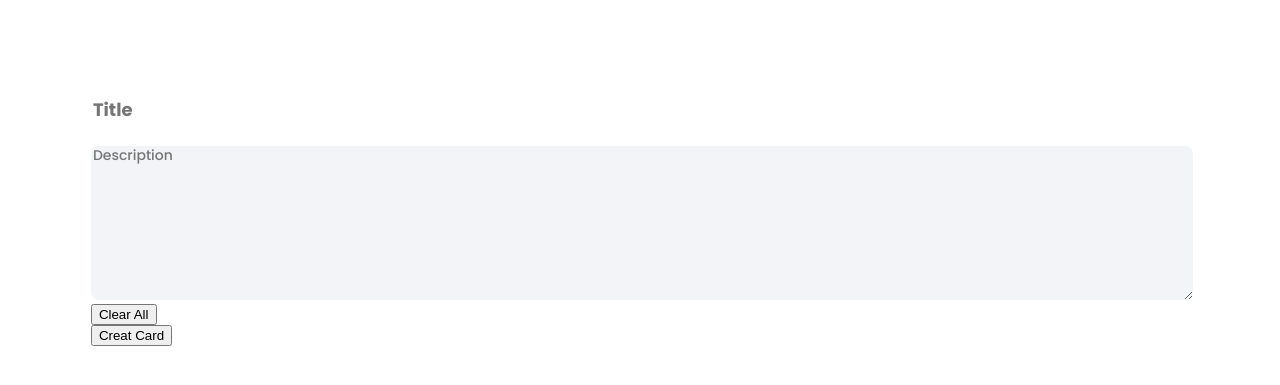
Repository: ReyhanehRahmani/TO-DO
Page: index.html
An editor plug-in stored every save of this project. The page is shown before and after the next save, followed by the edit.
The browser window is 1280 px wide. The pictures show the whole page.
Some web fonts or font styles are not loaded; a fallback is used.

Above is the page before, as saved 2025-06-08 12:19:33.

After the next save:
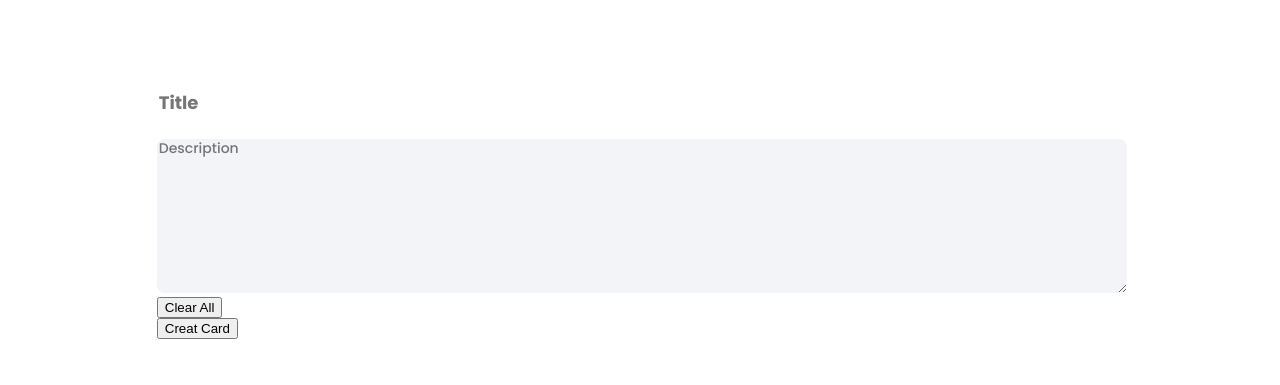
Saved 75 s later.
--- a/style.css
+++ b/style.css
@@ -207,4 +207,11 @@ body{
 
 }
 
-}
+#main-card{
+    margin-left: 6%;
+    margin-right: 6%;
+    margin-top: 6%;
+    background-color: #FFFFFF;
+}
+
+}
